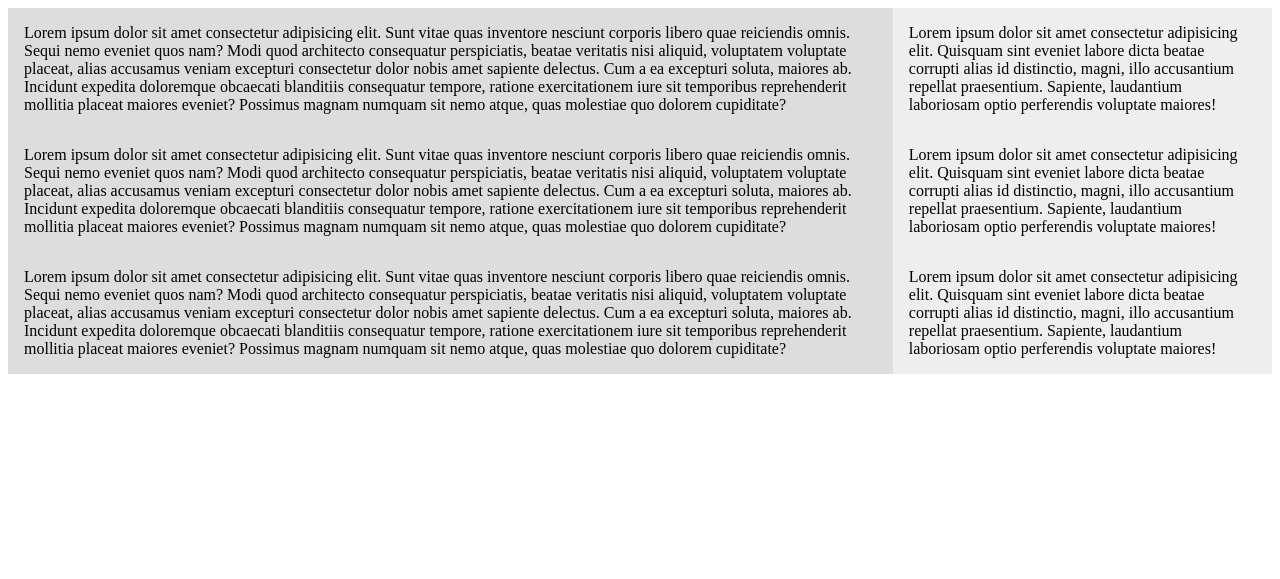
Repository: manojsatya/Web_development
Page: CSS_Grid/index.html
An editor plug-in stored every save of this project. The page is shown before and after the next save, followed by the edit.
The browser window is 1280 px wide. The pictures show the whole page.

Above is the page before, as saved 2019-07-03 11:55:30.

After the next save:
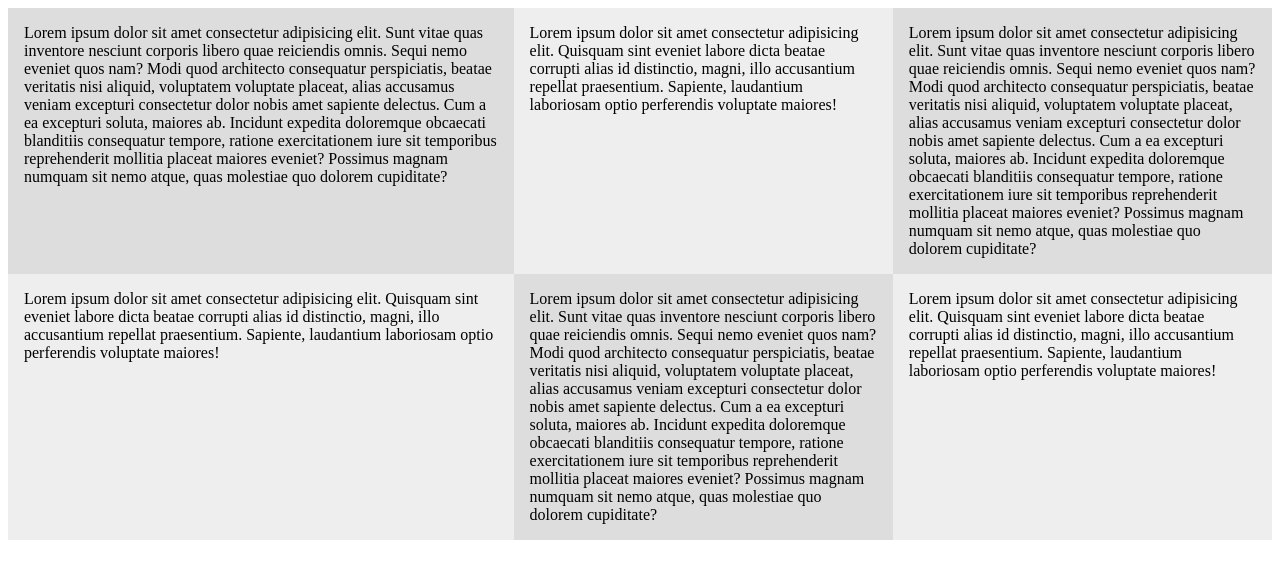
Saved 63 s later.
--- a/CSS_Grid/index.html
+++ b/CSS_Grid/index.html
@@ -9,7 +9,7 @@
 
     .wrapper {
         display: grid;
-        grid-template-columns: 70% 30%;
+        grid-template-columns: 40% 30% 30%;
     }
     .wrapper > div {
         background: #eee;

After the save that followed:
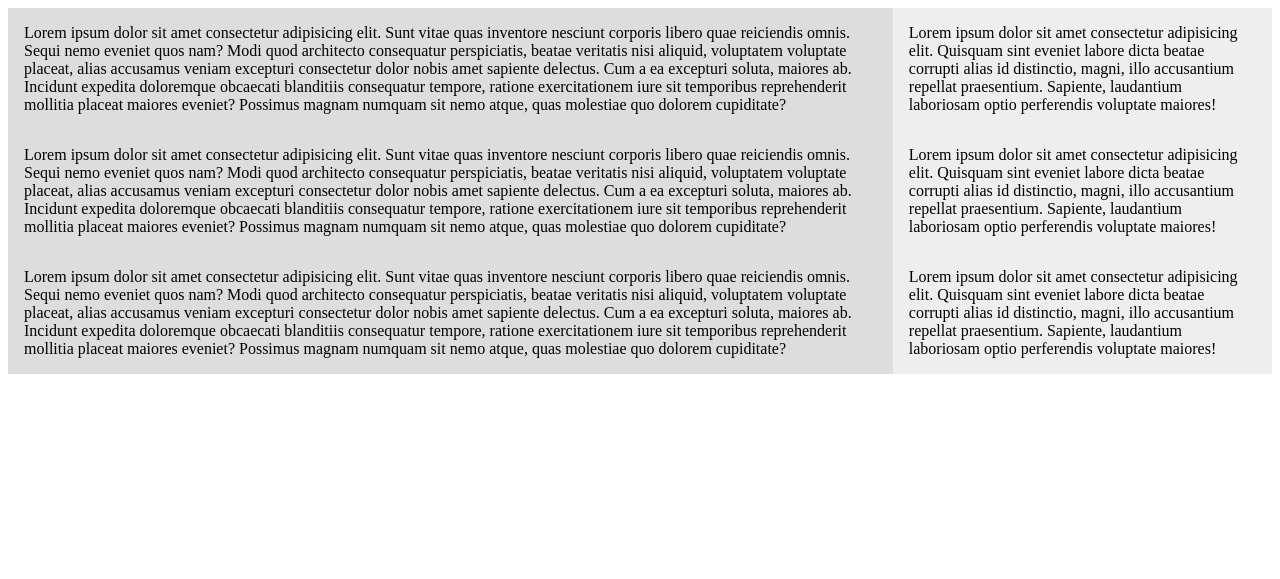
Saved 37 s later.
--- a/CSS_Grid/index.html
+++ b/CSS_Grid/index.html
@@ -9,7 +9,7 @@
 
     .wrapper {
         display: grid;
-        grid-template-columns: 40% 30% 30%;
+        grid-template-columns: 70% 30%;
     }
     .wrapper > div {
         background: #eee;
